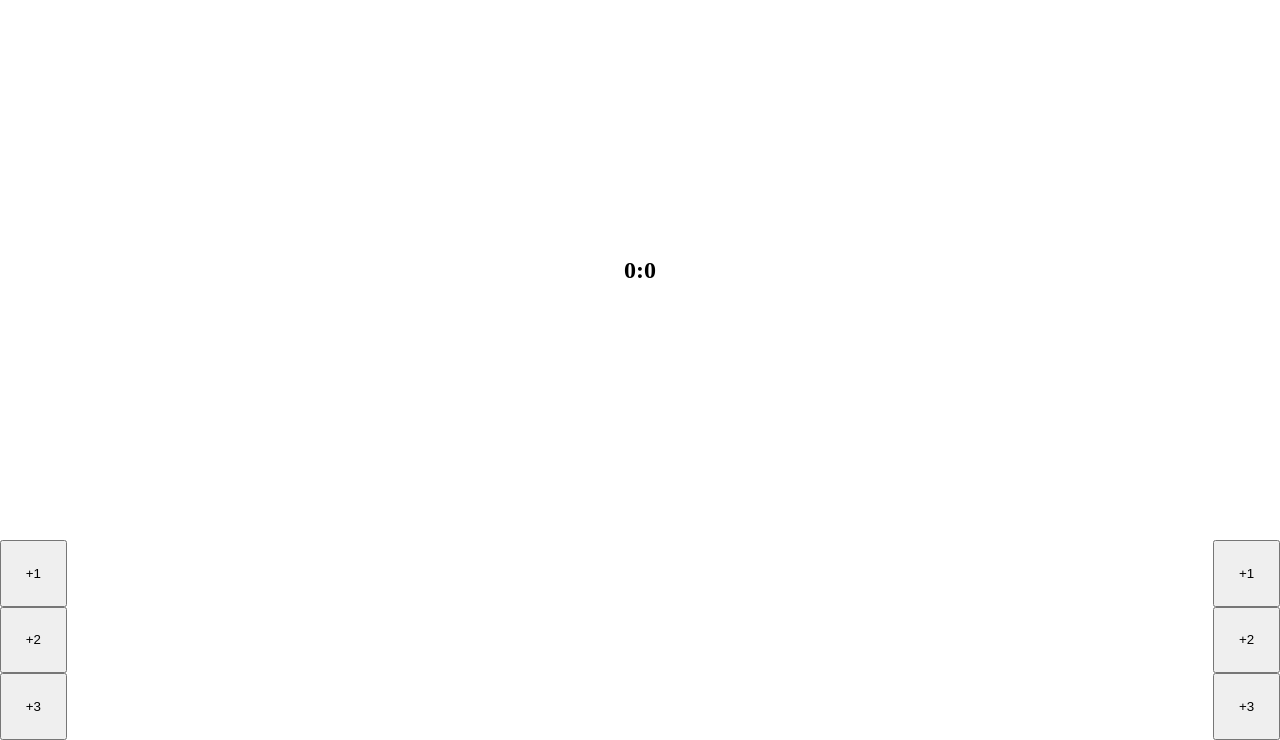
Repository: bollo89/scoreBoard
Page: index.html
The author's editor kept a copy of each file at every save. The page is drawn from the files as they stood at one save, then again after the next save.
The browser window is 1280 px wide. The pictures show the whole page.

Above is the page before, as saved 2022-01-25 10:57:32.

After the next save:
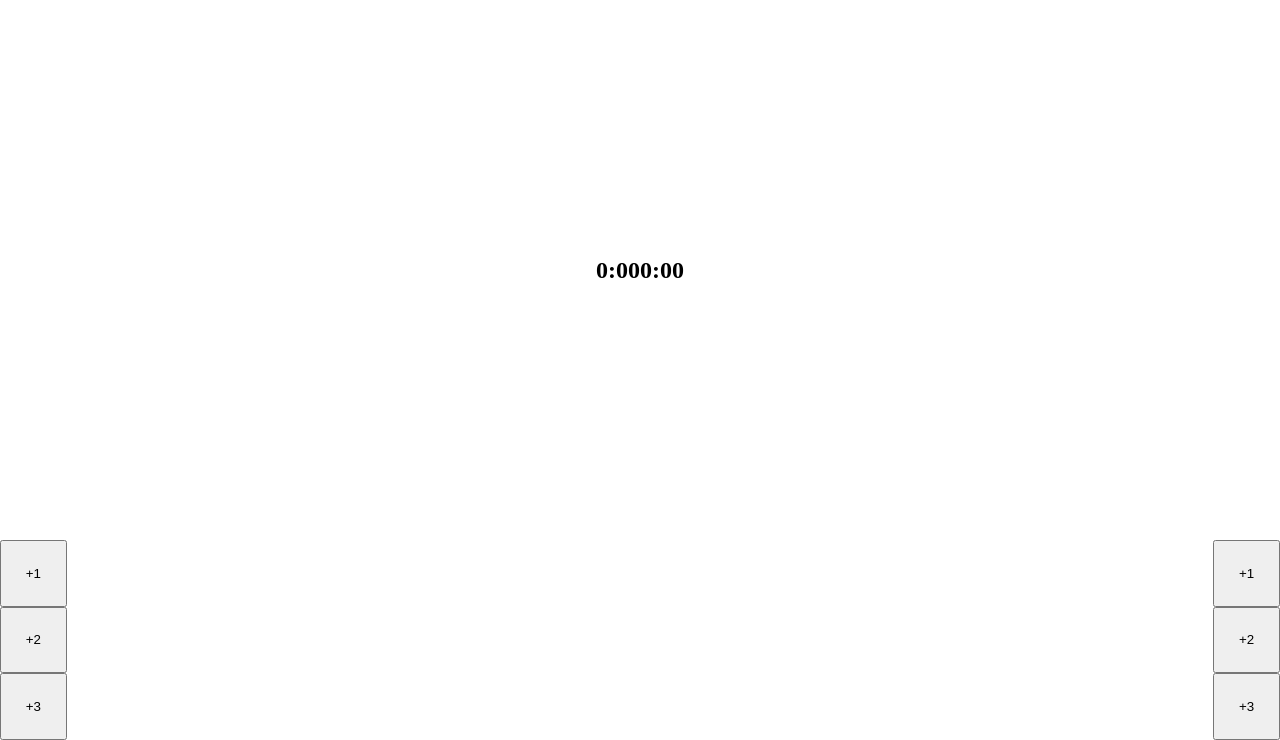
Saved 5 min 57 s later.
--- a/index.html
+++ b/index.html
@@ -12,6 +12,7 @@
         <h1 class="home"></h1>
         <h1 class="colon">:</h1>
         <h1 class="away"></h1>
+        <h1 class="timer">00:00</h1>
     </section>
     <section class="menu">
         <section class="btnsH">
